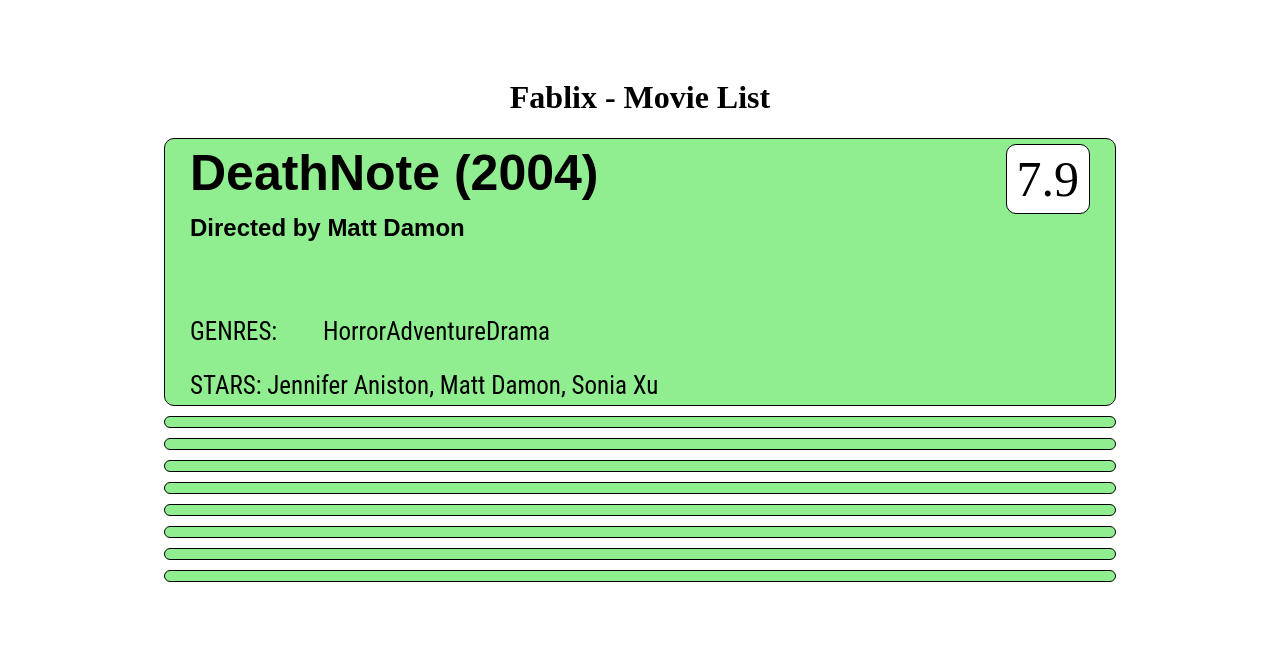
Repository: csumphan/fablix
Page: http://localhost/Project1/
These files come from the project's save history. The page is drawn as it stood at one moment and after the next save; the edit follows.
The browser window is 1280 px wide. The pictures show the whole page.
Some web fonts or font styles are not loaded; a fallback is used. The page is served by Tomcat 9. Nobody is signed in. The application's start-up code is not run.

Above is the page before, as saved 2018-01-23 00:26:40.

After the next save:
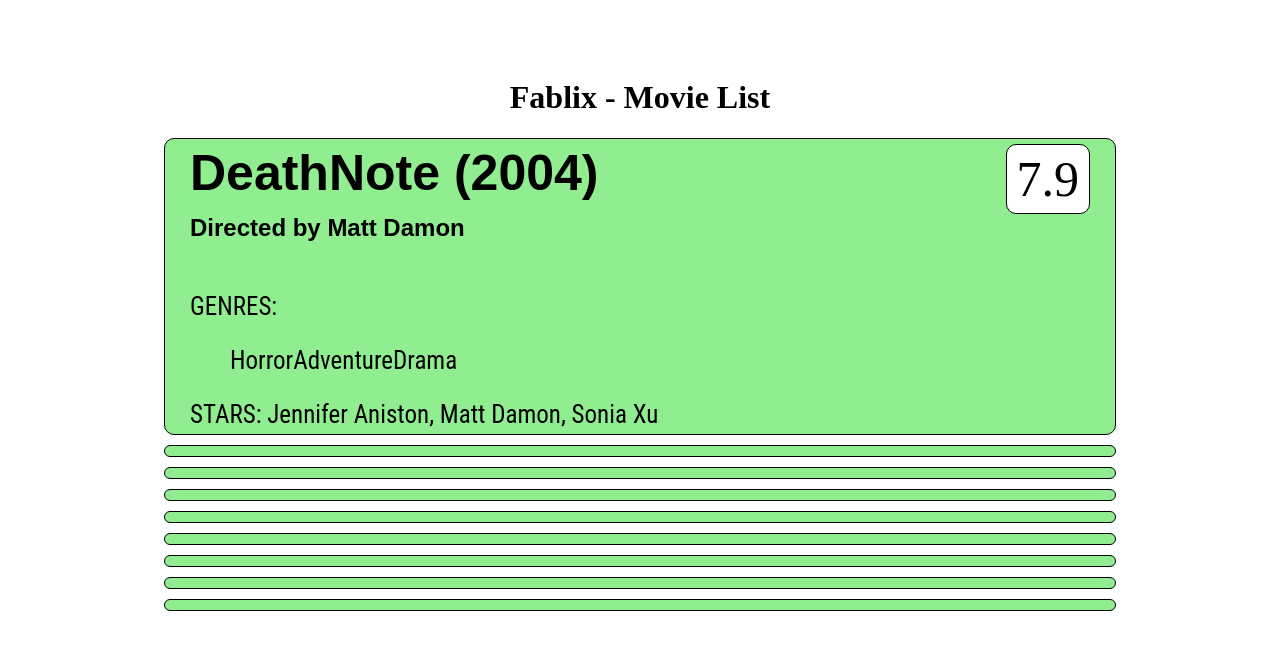
Saved 8 s later.
--- a/Project1/WebContent/styles.css
+++ b/Project1/WebContent/styles.css
@@ -62,9 +62,6 @@
 li {
 	display: inline-block;
 }
-.genres-container > ul {
-	display: inline-block;
-}
 
 .stars-container {
 	width: 100%;
